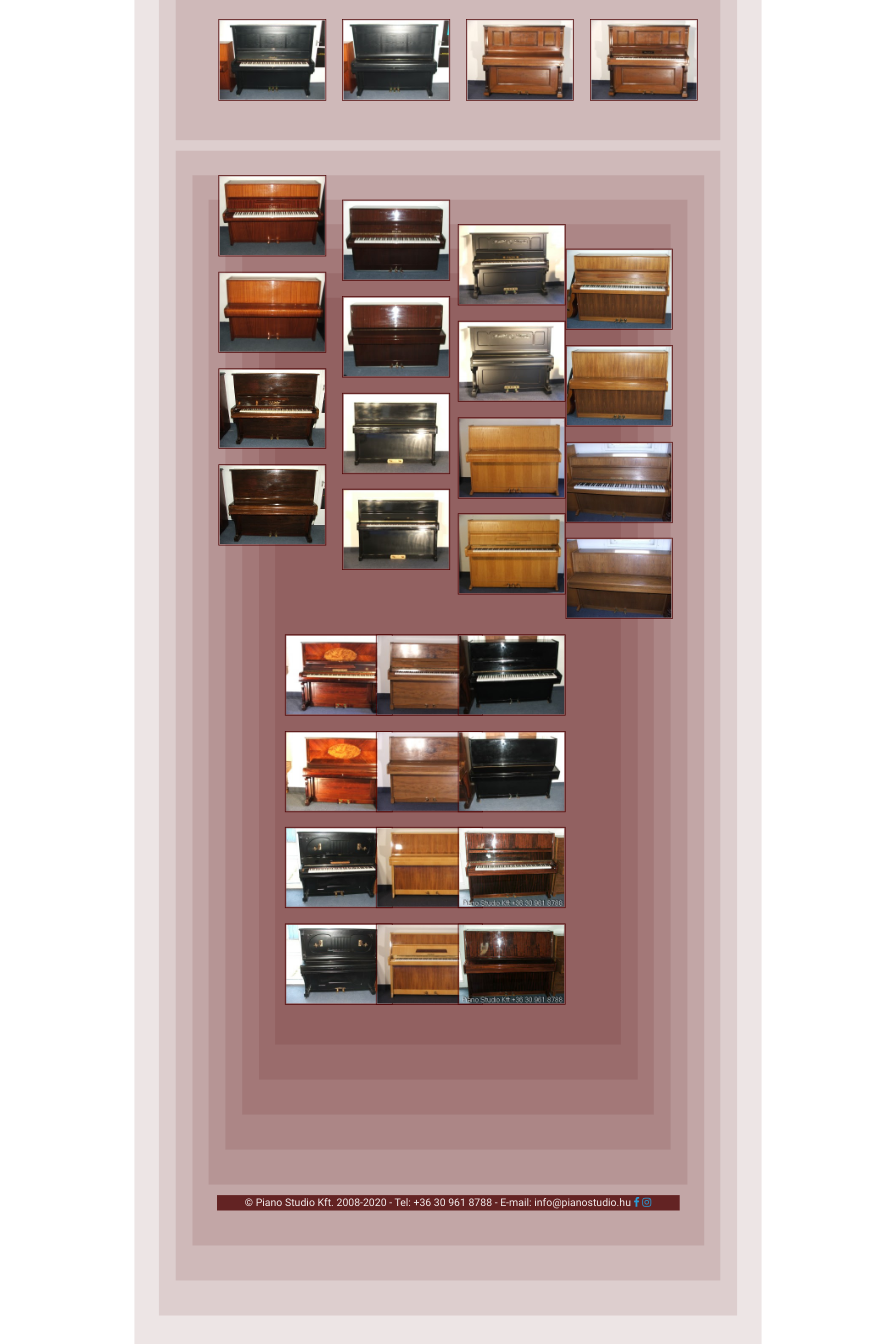
Repository: badiattila/pianostudioheroku
Page: http://localhost/rent
The author's editor kept a record of every edit. The page is drawn from the files as they stood at one moment, then again after the next edit.
The browser window is 1280 px wide. The pictures show the part of the page from y = 816 to 2736 px (the page is 2760 px tall before and 3141 px after), at 70% of full size.
Some web libraries are served in a nearby version. The page is served by the project's application, run on Flask 3 (app.py).

Above is the page before.

After the next edit:
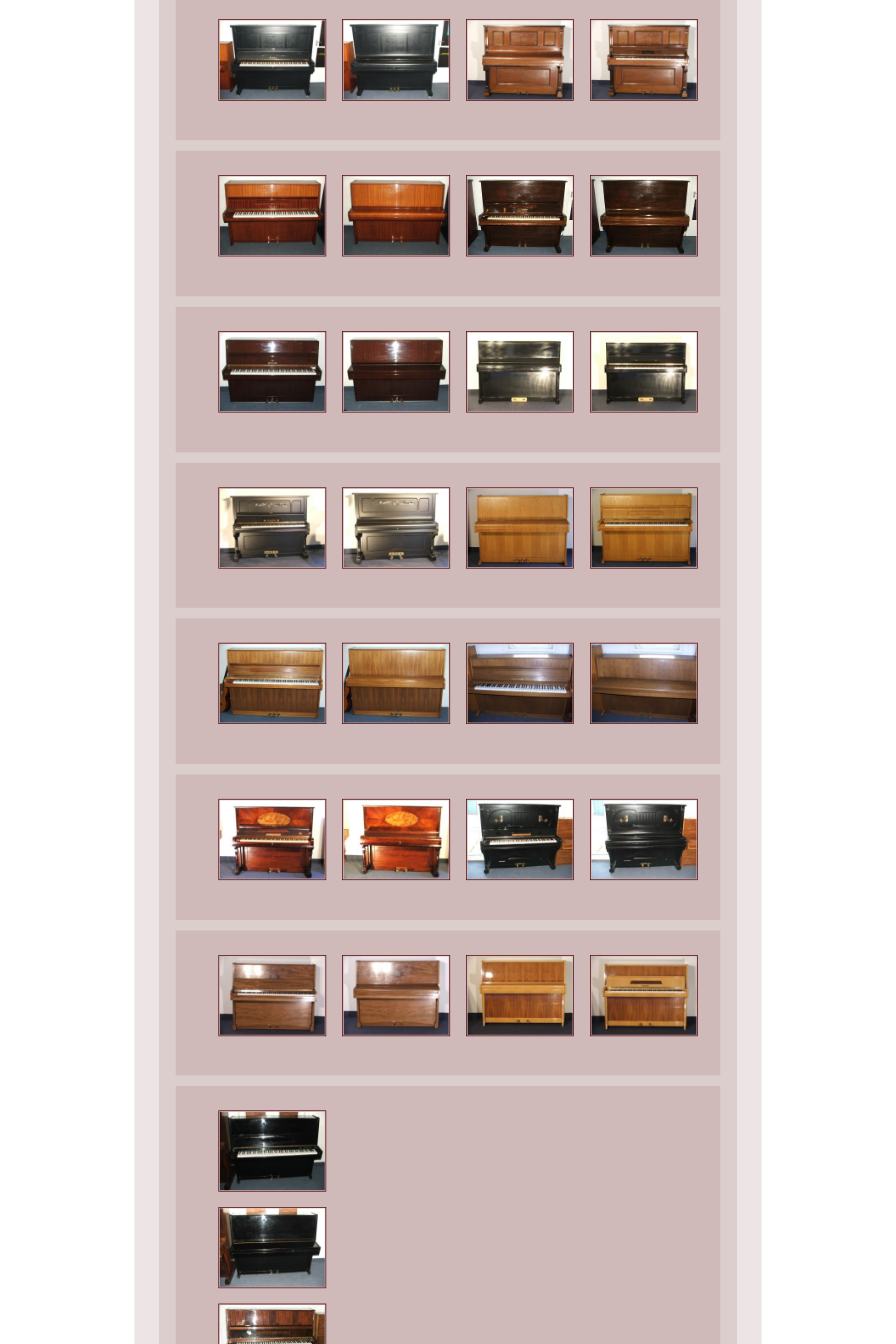
The edit:
--- a/templates/rent.html
+++ b/templates/rent.html
@@ -37,55 +37,97 @@
             <div class="row op s12">
                 <div class="col s3">
                     <img class="galery-pic" src="{{url_for('static', filename='pictures/pianos/calisia_1.jpg')}}">
+                </div>
+                <div class="col s3">
                     <img class="galery-pic" src="{{url_for('static', filename='pictures/pianos/calisia_2.jpg')}}">
+                </div>
+                <div class="col s3">
                     <img class="galery-pic" src="{{url_for('static', filename='pictures/pianos/Ed_Seiler_1_ikon.jpg')}}">
+                </div>
+                <div class="col s3">
                     <img class="galery-pic" src="{{url_for('static', filename='pictures/pianos/Ed_Seiler_2_ikon.jpg')}}">
                 </div>
+            </div>
             <div class="row op s12">
                 <div class="col s3">
                     <img class="galery-pic" src="{{url_for('static', filename='pictures/pianos/etyde_1.jpg')}}">
+                </div>
+                <div class="col s3">
                     <img class="galery-pic" src="{{url_for('static', filename='pictures/pianos/etyde_2.jpg')}}">
+                </div>
+                <div class="col s3">
                     <img class="galery-pic" src="{{url_for('static', filename='pictures/pianos/forster_1.jpg')}}">
+                </div>
+                <div class="col s3">
                     <img class="galery-pic" src="{{url_for('static', filename='pictures/pianos/forster_2.jpg')}}">
                 </div>
+            </div>
             <div class="row op s12">
                 <div class="col s3">
                     <img class="galery-pic" src="{{url_for('static', filename='pictures/pianos/forster_3.jpg')}}">
+                </div>
+                <div class="col s3">
                     <img class="galery-pic" src="{{url_for('static', filename='pictures/pianos/forster_4.jpg')}}">
+                </div>
+                <div class="col s3">
                     <img class="galery-pic" src="{{url_for('static', filename='pictures/pianos/forster_5.jpg')}}">
+                </div>
+                <div class="col s3">
                     <img class="galery-pic" src="{{url_for('static', filename='pictures/pianos/forster_6.jpg')}}">
                 </div>
+            </div>
             <div class="row op s12">
                 <div class="col s3">
                     <img class="galery-pic" src="{{url_for('static', filename='pictures/pianos/Fuchs_&_Mohr_a_1.jpg')}}">
+                </div>
+                <div class="col s3">
                     <img class="galery-pic" src="{{url_for('static', filename='pictures/pianos/Fuchs_&_Mohr_a_2.jpg')}}">
+                </div>
+                <div class="col s3">
                     <img class="galery-pic" src="{{url_for('static', filename='pictures/pianos/Fuchs_&_Mohr_b_1.jpg')}}">
+                </div>
+                <div class="col s3">
                     <img class="galery-pic" src="{{url_for('static', filename='pictures/pianos/Fuchs_&_Mohr_b_2.jpg')}}">
                 </div>
+            </div>
             <div class="row op s12">
                 <div class="col s3">
                     <img class="galery-pic" src="{{url_for('static', filename='pictures/pianos/j.ernst_1.jpg')}}">
+                </div>
+                <div class="col s3">
                     <img class="galery-pic" src="{{url_for('static', filename='pictures/pianos/j.ernst_2.jpg')}}">
+                </div>
+                <div class="col s3">
                     <img class="galery-pic" src="{{url_for('static', filename='pictures/pianos/Lauberger_&_Gloss_1.jpg')}}">
+                </div>
+                <div class="col s3">
                     <img class="galery-pic" src="{{url_for('static', filename='pictures/pianos/Lauberger_&_Gloss_2.jpg')}}">
                 </div>
+            </div>
             <div class="row op s12">
                 <div class="col s3">
                     <img class="galery-pic" src="{{url_for('static', filename='pictures/pianos/musica_1.jpg')}}">
+                </div>
+                <div class="col s3">
                     <img class="galery-pic" src="{{url_for('static', filename='pictures/pianos/musica_2.jpg')}}">
+                </div>
+                <div class="col s3">
                     <img class="galery-pic" src="{{url_for('static', filename='pictures/pianos/petrof_1.jpg')}}">
+                </div>
+                <div class="col s3">
                     <img class="galery-pic" src="{{url_for('static', filename='pictures/pianos/petrof_2.jpg')}}">
                 </div>
-            <div class="row op s12">
-                <div class="col s3">
-                    <img class="galery-pic" src="{{url_for('static', filename='pictures/pianos/ukrajna_1.jpg')}}">
-                    <img class="galery-pic" src="{{url_for('static', filename='pictures/pianos/ukrajna_2.jpg')}}">
-                    <img class="galery-pic" src="{{url_for('static', filename='pictures/pianos/ukrajna_a_1.jpg')}}">
-                    <img class="galery-pic" src="{{url_for('static', filename='pictures/pianos/ukrajna_a_2.jpg')}}">
+                </div>
+                <div class="row op s12">
+                    <div class="col s3">
+                        <img class="galery-pic" src="{{url_for('static', filename='pictures/pianos/ukrajna_1.jpg')}}">
+                        <img class="galery-pic" src="{{url_for('static', filename='pictures/pianos/ukrajna_2.jpg')}}">
+                        <img class="galery-pic" src="{{url_for('static', filename='pictures/pianos/ukrajna_a_1.jpg')}}">
+                        <img class="galery-pic" src="{{url_for('static', filename='pictures/pianos/ukrajna_a_2.jpg')}}">
+                    </div>
                 </div>
             </div>
         </div>
     </div>
 </div>
-</div>
 {% endblock %}
